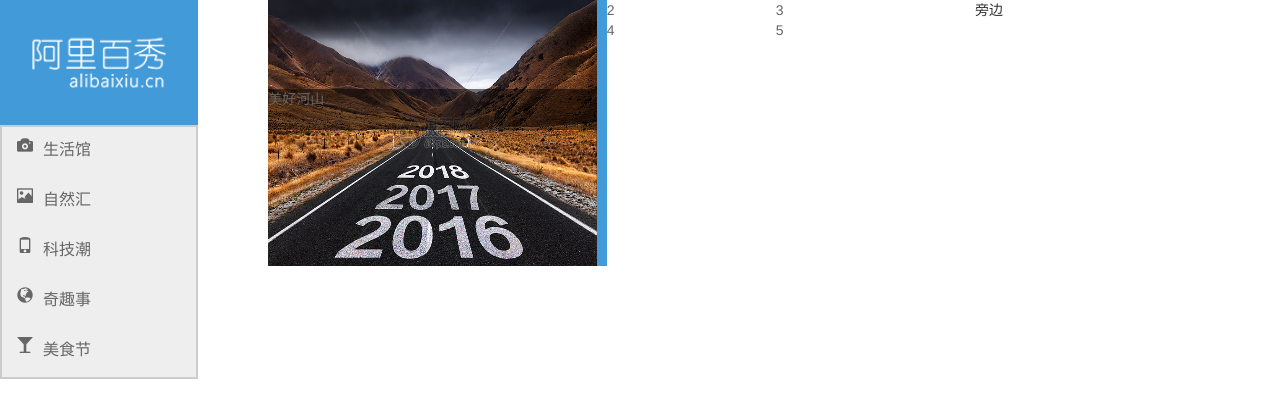
Repository: zhangwen001208/bootstrap-demo
Page: index.html
An editor plug-in stored every save of this project. The page is shown before and after the next save, followed by the edit.
The browser window is 1280 px wide. The pictures show the whole page.

Above is the page before, as saved 2022-09-08 10:55:20.

After the next save:
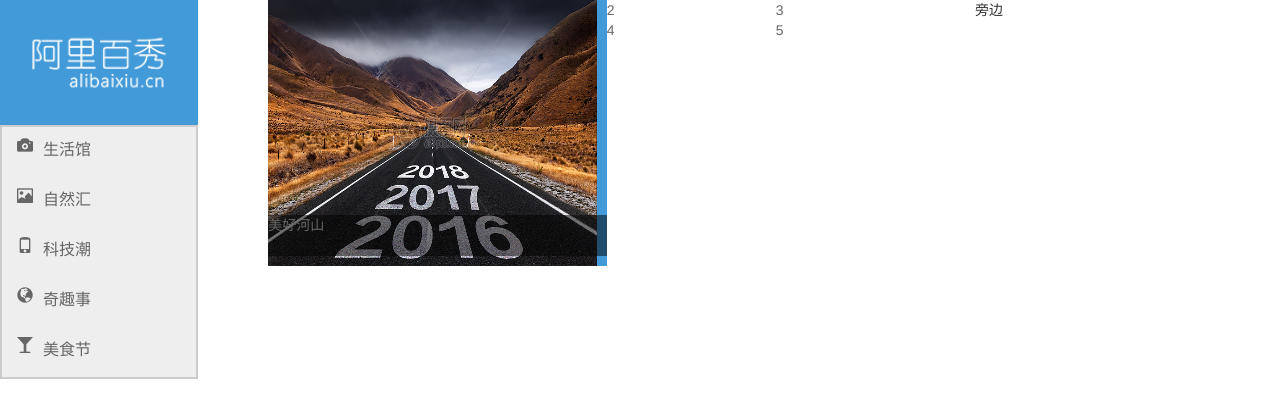
Saved 19 s later.
--- a/css/index.css
+++ b/css/index.css
@@ -52,13 +52,12 @@
 }
 
 .item li {
+    position: relative;
     float: left;
     width: 25%;
 
 }
-.item li a {
-    position: relative;
-}
+
 
 .item li:nth-child(1) {
     width: 50%;
